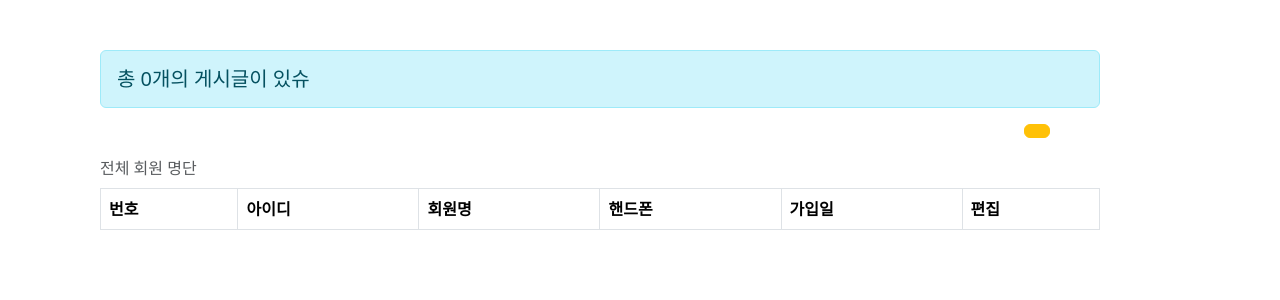
Repository: JunbroGit/SistProject
Page: http://localhost/jsaAjaxProject/mem_gaip/memList.jsp
The author's editor kept a copy of each file at every save. The page is drawn from the files as they stood at one save, then again after the next save.
The browser window is 1280 px wide. The pictures show the whole page.
Some web fonts or font styles are not loaded; a fallback is used. The page is served by Tomcat 9. Queries for data that is not in the repository find no rows.

Above is the page before, as saved 2024-03-18 06:44:50.

After the next save:
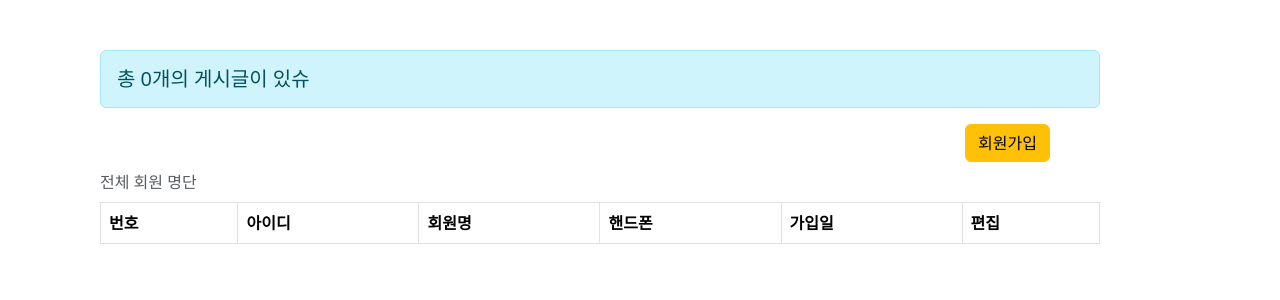
Saved 5 s later.
--- a/jspwork/jsaAjaxProject/src/main/webapp/mem_gaip/memList.jsp
+++ b/jspwork/jsaAjaxProject/src/main/webapp/mem_gaip/memList.jsp
@@ -21,7 +21,7 @@
 <body>
 <div style="margin: 50px 100px; width: 1000px;">
 	<h5 class="alert alert-info">총 <%=list.size() %>개의 게시글이 있슈</h5>
-	<button type="button" class="btn btn-warning" onclick="location.href='addForm.jsp'" style="float: right; margin-right: 50px;"></button>
+	<button type="button" class="btn btn-warning" onclick="location.href='addForm.jsp'" style="float: right; margin-right: 50px;">회원가입</button>
 	<br>
 	<table class="table table-bordered">
 		<caption align="top">전체 회원 명단</caption>
